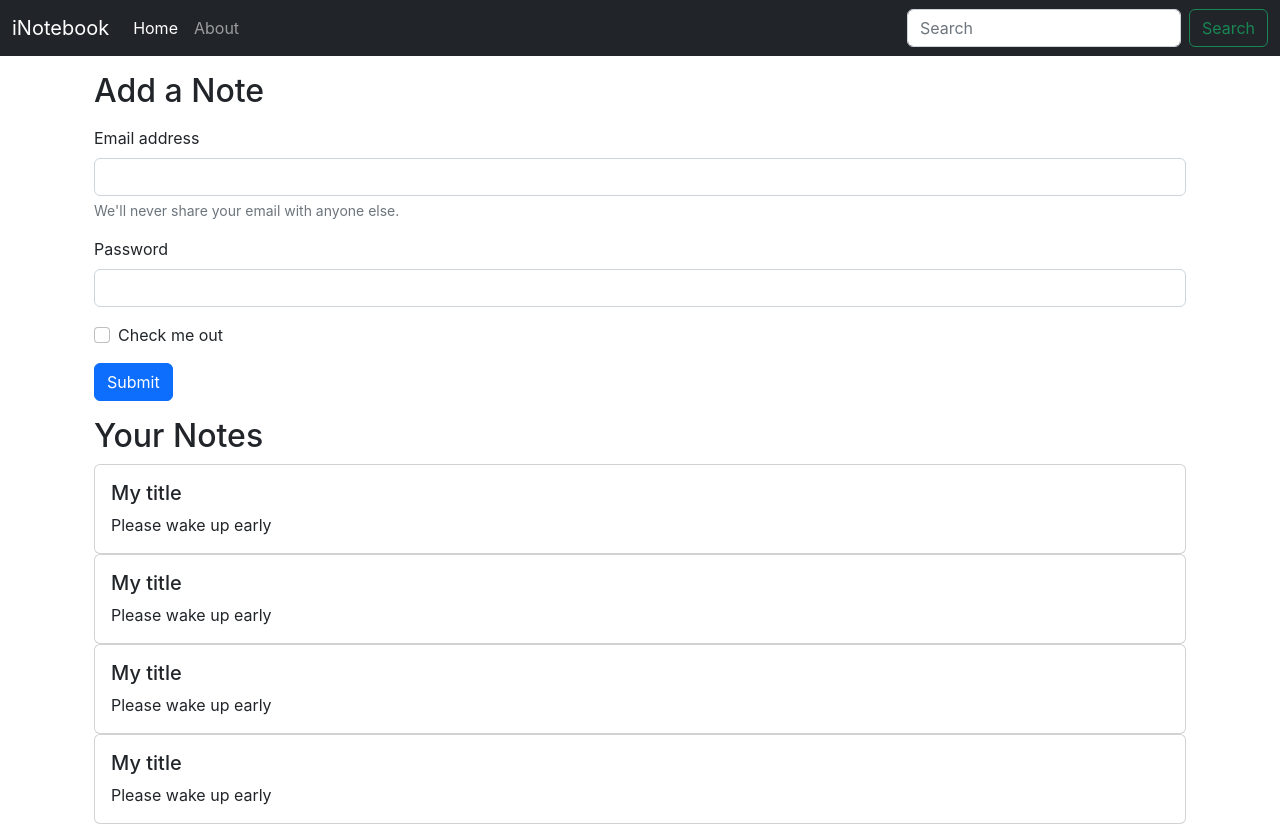
Repository: SatishPatil108/iNotebook-React
Page: /
The author's editor kept a copy of each file at every save. The page is drawn from the files as they stood at one save, then again after the next save.
The browser window is 1280 px wide. The pictures show the whole page.
The project was rebuilt for these pictures with package versions that can differ from the ones it lists, and the page was loaded fresh each time. Also part of the build but not shown: src/App.css, src/components/About.js.

Above is the page before, as saved 2022-07-24 18:11:14.

### public/index.html
<!DOCTYPE html>
<html lang="en">

<head>
  <meta charset="utf-8" />
  <link rel="icon" href="%PUBLIC_URL%/favicon.ico" />
  <meta name="viewport" content="width=device-width, initial-scale=1" />
  <meta name="theme-color" content="#000000" />
  <meta name="description" content="Web site created using create-react-app" />
  <link rel="apple-touch-icon" href="%PUBLIC_URL%/logo192.png" />

  <link rel="manifest" href="%PUBLIC_URL%/manifest.json" />
  <link href="https://cdn.jsdelivr.net/npm/bootstrap@5.2.0/dist/css/bootstrap.min.css" rel="stylesheet"
    integrity="sha384-gH2yIJqKdNHPEq0n4Mqa/HGKIhSkIHeL5AyhkYV8i59U5AR6csBvApHHNl/vI1Bx" crossorigin="anonymous">

  <title>iNotebook - Your Notes Secured in the Cloud</title>
</head>

<body>
  <noscript>You need to enable JavaScript to run this app.</noscript>
  <div id="root"></div>
  <script src="https://cdn.jsdelivr.net/npm/@popperjs/core@2.11.5/dist/umd/popper.min.js"
    integrity="sha384-Xe+8cL9oJa6tN/veChSP7q+mnSPaj5Bcu9mPX5F5xIGE0DVittaqT5lorf0EI7Vk"
    crossorigin="anonymous"></script>
  <script src="https://cdn.jsdelivr.net/npm/bootstrap@5.2.0/dist/js/bootstrap.min.js"
    integrity="sha384-ODmDIVzN+pFdexxHEHFBQH3/9/vQ9uori45z4JjnFsRydbmQbmL5t1tQ0culUzyK"
    crossorigin="anonymous"></script>

</body>

</html>

### src/App.js
import './App.css';
import {
  BrowserRouter as Router,
  Routes,
  Route
} from "react-router-dom";
import Navbar from './components/Navbar';
import Home from './components/Home';
import About from './components/About';
import NoteState from './context/notes/NoteState';

function App() {
  return (
    <>
      <NoteState>
        <Router>
          <Navbar />
          <div className="container">
            <Routes>
              <Route exact path="/" element={<Home />}></Route>
              <Route exact path="/about" element={<About />}></Route>
            </Routes>
          </div>
        </Router>
      </NoteState>
    </>
  );
}

export default App;

### src/components/Navbar.js
import React, { useEffect } from 'react'
import { Link, useLocation } from "react-router-dom";

const Navbar = () => {

    let location = useLocation();
    useEffect(() => {
        console.log(location.pathname);
    }, [location]);
    return (
        <div>
            <nav className="navbar navbar-expand-lg navbar-dark  bg-dark">
                <div className="container-fluid">
                    <Link className="navbar-brand" to="/">iNotebook</Link>
                    <button className="navbar-toggler" type="button" data-bs-toggle="collapse" data-bs-target="#navbarSupportedContent" aria-controls="navbarSupportedContent" aria-expanded="false" aria-label="Toggle navigation">
                        <span className="navbar-toggler-icon"></span>
                    </button>
                    <div className="collapse navbar-collapse" id="navbarSupportedContent">
                        <ul className="navbar-nav me-auto mb-2 mb-lg-0">
                            <li className="nav-item">
                                <Link className={`nav-link ${location.pathname === "/" ? "active" : ""}`} aria-current="page" to="/">Home</Link>
                            </li>
                            <li className="nav-item">
                                <Link className={`nav-link ${location.pathname === "/about" ? "active" : ""}`} to="/about">About</Link>
                            </li>
                        </ul>
                        <form className="d-flex" role="search">
                            <input className="form-control me-2" type="search" placeholder="Search" aria-label="Search" />
                            <button className="btn btn-outline-success" type="submit">Search</button>
                        </form>
                    </div>
                </div>
            </nav>
        </div>
    )
}

export default Navbar

### src/components/Home.js
import Notes from './Notes';

const Home = () => {

    return (
        <div>
            <div className="container my-3">
                <h2>Add a Note</h2>
                <form className='my-3'>
                    <div className="mb-3">
                        <label for="exampleInputEmail1" className="form-label">Email address</label>
                        <input type="email" className="form-control" id="exampleInputEmail1" aria-describedby="emailHelp" />
                        <div id="emailHelp" className="form-text">We'll never share your email with anyone else.</div>
                    </div>
                    <div className="mb-3">
                        <label for="exampleInputPassword1" className="form-label">Password</label>
                        <input type="password" className="form-control" id="exampleInputPassword1" />
                    </div>
                    <div className="mb-3 form-check">
                        <input type="checkbox" className="form-check-input" id="exampleCheck1" />
                        <label className="form-check-label" for="exampleCheck1">Check me out</label>
                    </div>
                    <button type="submit" className="btn btn-primary">Submit</button>
                </form>
            </div>
            <Notes />
        </div>
    )
}

export default Home

### src/context/notes/NoteState.js
import NoteContext from "./noteContext";
import { useState } from "react";
const NoteState = (props) => {
    const notesInitial = [
        {
            "_id": "62da4a93624101fbcba2f70b",
            "user": "62da3547e5c581994402a424",
            "title": "My title",
            "description": "Please wake up early",
            "tag": "Personal",
            "date": "2022-07-22T06:58:27.100Z",
            "__v": 0
        },
        {
            "_id": "62da4a93624101fbcba2f70d",
            "user": "62da3547e5c581994402a424",
            "title": "My title",
            "description": "Please wake up early",
            "tag": "Personal",
            "date": "2022-07-22T06:58:27.254Z",
            "__v": 0
        },
        {
            "_id": "62da4b55247e3f71d9903681",
            "user": "62da3547e5c581994402a424",
            "title": "My title",
            "description": "Please wake up early",
            "tag": "Personal",
            "date": "2022-07-22T07:01:41.403Z",
            "__v": 0
        },
        {
            "_id": "62da89d6007163cf4d1b5c32",
            "user": "62da3547e5c581994402a424",
            "title": "My title",
            "description": "Please wake up early",
            "tag": "Personal",
            "date": "2022-07-22T11:28:22.313Z",
            "__v": 0
        }
    ]

    const [notes, setNotes] = useState(notesInitial)

    return (
        <NoteContext.Provider value={{ notes, setNotes }}>
            {props.children}
        </NoteContext.Provider>
    )
}

export default NoteState;

### src/components/Notes.js
import React, { useContext } from 'react'
import noteContext from '../context/notes/noteContext';
import Noteitem from './Noteitem';

const Notes = () => {
    const context = useContext(noteContext);
    const { notes, setNotes } = context;
    return (
        <div className="container">
            <h2>Your Notes</h2>
            {notes.map((note) => {
                return <Noteitem note={note} />
            })}
        </div>
    )
}

export default Notes

### src/components/Noteitem.js
import React from 'react'

const Noteitem = (props) => {
    const { note } = props;
    return (
        <div>
            <div class="card">
                <div class="card-body">
                    <h5 class="card-title">{note.title}</h5>
                    <p class="card-text">{note.description}</p>
                </div>
            </div>
        </div>
    )
}

export default Noteitem

Loaded but not shown: src/index.js (common file); src/index.css (common file); src/context/notes/noteContext.js (common file)

After the next save:
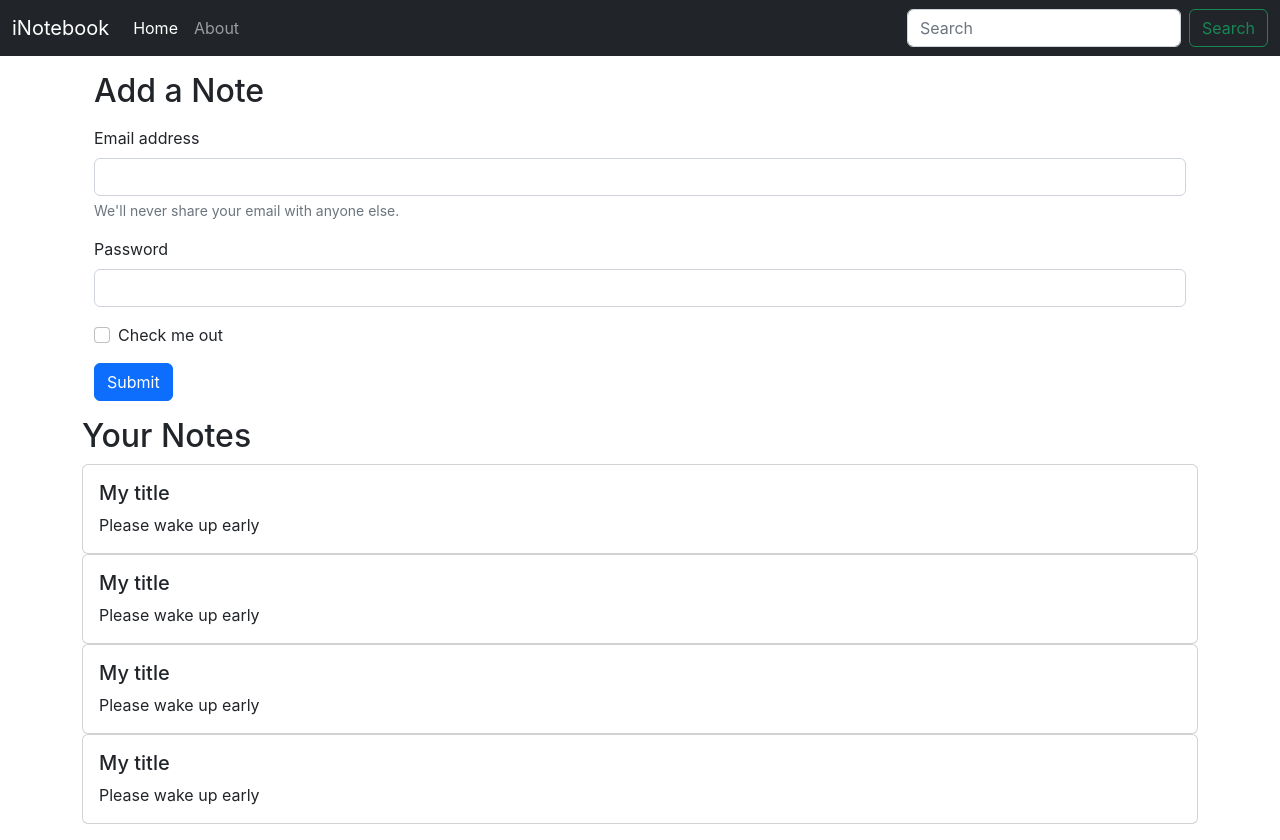
Saved 2 min 16 s later.
--- a/src/components/Notes.js
+++ b/src/components/Notes.js
@@ -6,7 +6,7 @@
     const context = useContext(noteContext);
     const { notes, setNotes } = context;
     return (
-        <div className="container">
+        <div className="row my-3">
             <h2>Your Notes</h2>
             {notes.map((note) => {
                 return <Noteitem note={note} />
